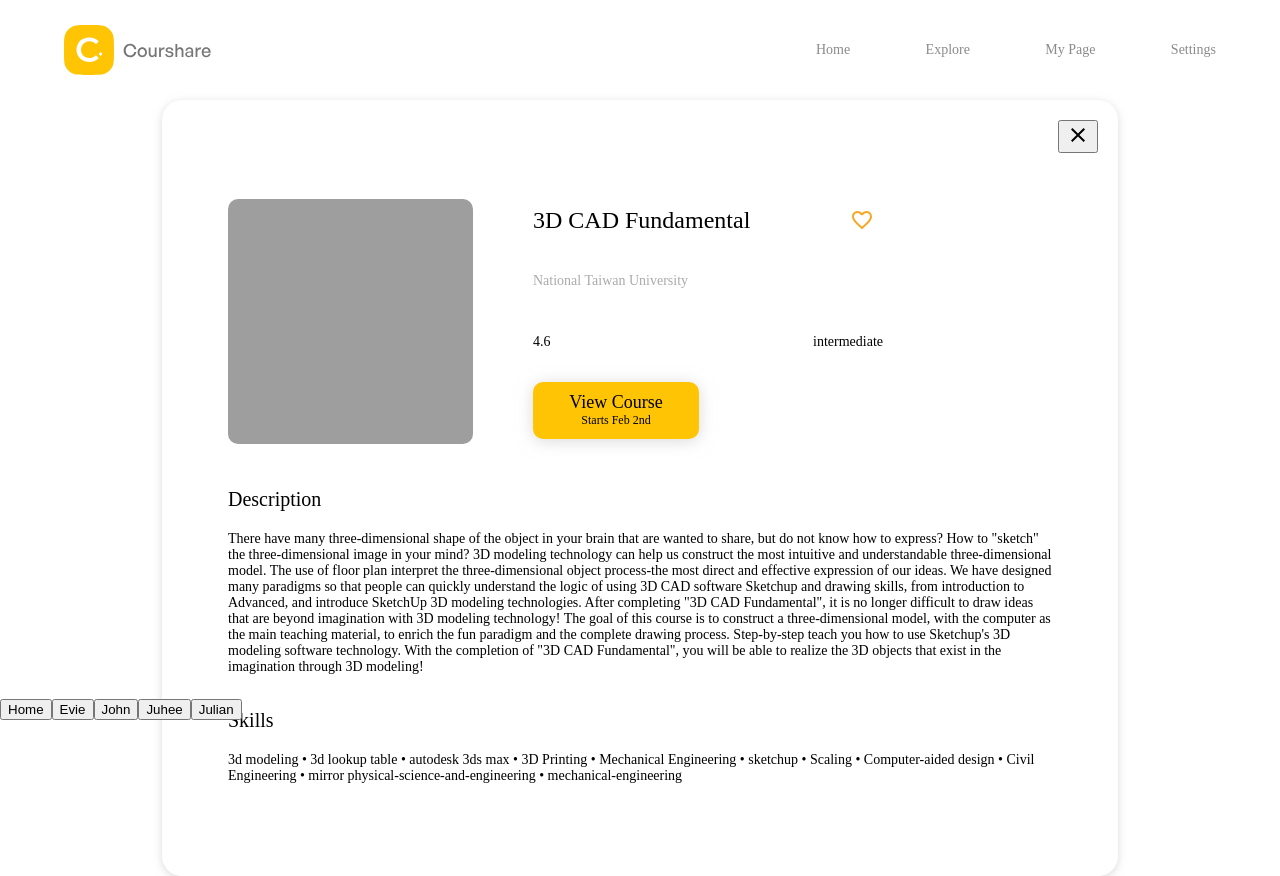
Repository: julianm09/courshare-app
Page: /comps/juhee
These files come from the project's save history. The page is drawn as it stood at one moment and after the next save; the edit follows.
The browser window is 1280 px wide. The pictures show the whole page.
Pictures or frames that could not be fetched are drawn as grey boxes. The project was rebuilt for these pictures with package versions that can differ from the ones it lists, and the page was loaded fresh each time. The framework's server and built-in components were replaced by stand-ins that run in the browser. Also part of the build but not shown: next.config.js.

Above is the page before, as saved 2022-02-07 15:10:03.

After the next save:
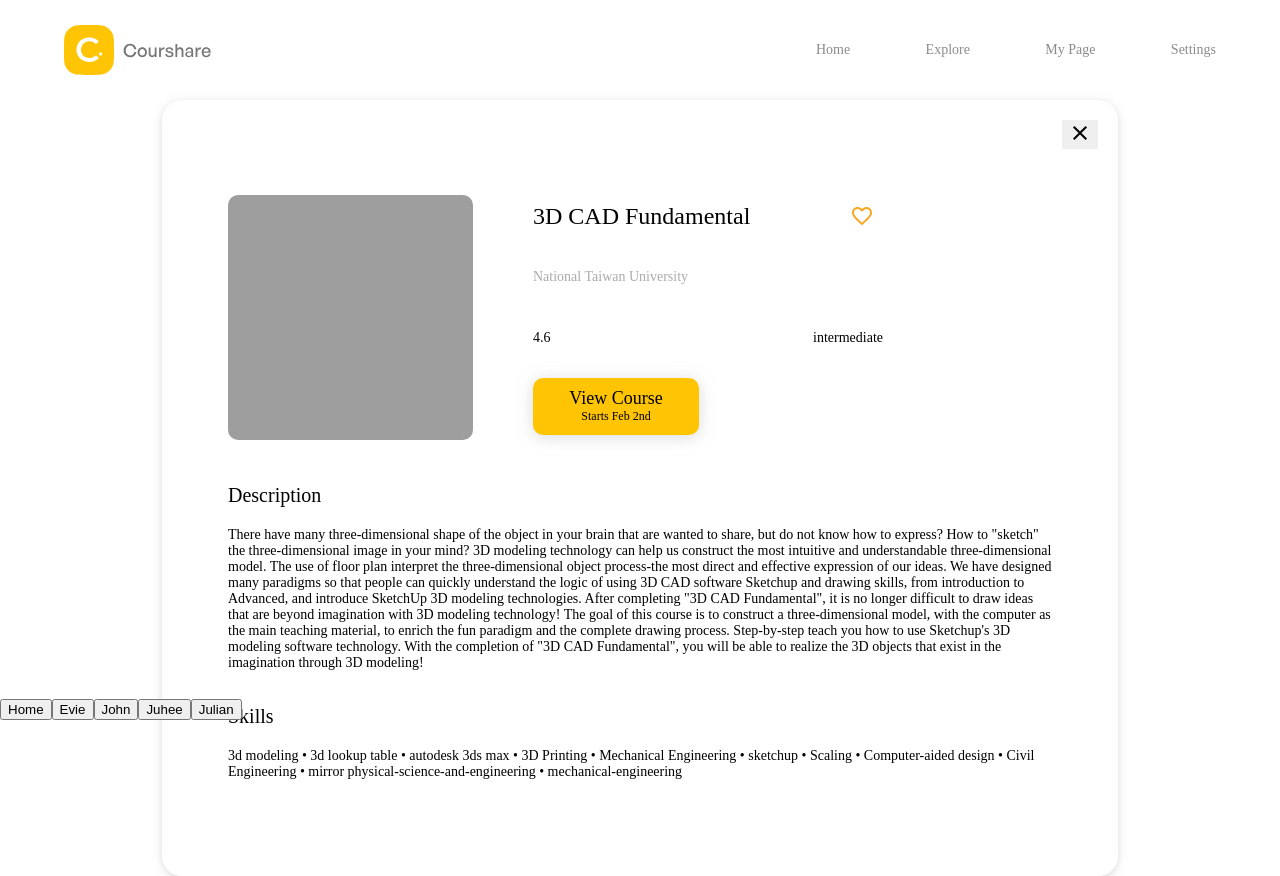
Saved 12 s later.
--- a/components/CourseDetailCard.js
+++ b/components/CourseDetailCard.js
@@ -89,7 +89,7 @@ export default function CourseDetailCard({
   return (
     <BigCont>
       <ButtonCont>
-        <button>
+        <button style={{ border: "none" }}>
           <CloseIcon />
         </button>
       </ButtonCont>
